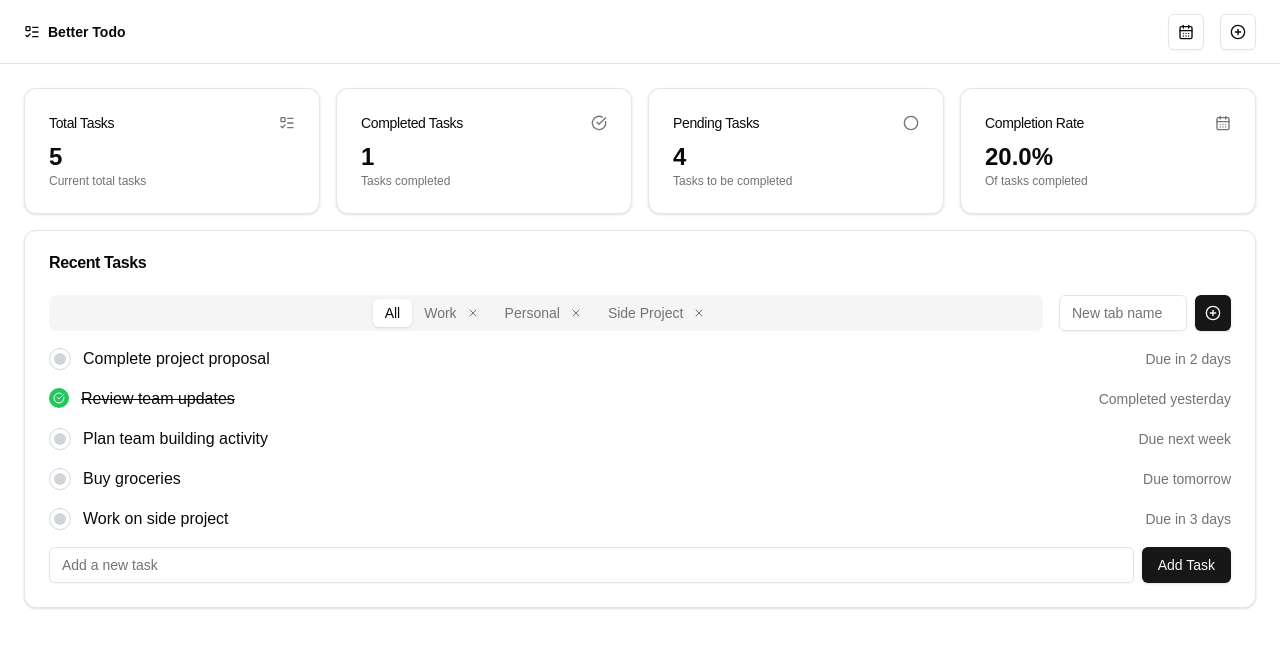
Repository: malikbarbier7/better-todo
Page: /dashboard
The author's editor kept a copy of each file at every save. The page is drawn from the files as they stood at one save, then again after the next save.
The browser window is 1280 px wide. The pictures show the whole page.
The project was rebuilt for these pictures with package versions that can differ from the ones it lists, and the page was loaded fresh each time. The framework's server and built-in components were replaced by stand-ins that run in the browser. Also part of the build but not shown: next.config.js, next.config.mjs.

Above is the page before, as saved 2024-10-04 10:36:12.

### app/dashboard/page.tsx
import { Dashboard } from '@/components/dashboard'

export default function DashboardPage() {
  return <Dashboard />
}

### components/dashboard.tsx
'use client'

import React from 'react'
import { Button } from "@/components/ui/button"
import { Card, CardContent, CardHeader, CardTitle } from "@/components/ui/card"
import { Input } from "@/components/ui/input"
import { Tabs, TabsContent, TabsList, TabsTrigger } from "@/components/ui/tabs"
import { CalendarDays, CheckCircle, Circle, ListTodo, PlusCircle, X } from "lucide-react"

export function Dashboard() {
  const [tabs, setTabs] = React.useState(['All', 'Work', 'Personal', 'Side Project'])
  const [activeTab, setActiveTab] = React.useState('All')
  const [newTabName, setNewTabName] = React.useState('')
  const [newTaskName, setNewTaskName] = React.useState('')
  const [tasks, setTasks] = React.useState({
    'All': [
      { id: 1, name: 'Complete project proposal', status: 'pending', category: 'Work', dueDate: 'Due in 2 days' },
      { id: 2, name: 'Review team updates', status: 'completed', category: 'Work', dueDate: 'Completed yesterday' },
      { id: 3, name: 'Plan team building activity', status: 'pending', category: 'Work', dueDate: 'Due next week' },
      { id: 4, name: 'Buy groceries', status: 'pending', category: 'Personal', dueDate: 'Due tomorrow' },
      { id: 5, name: 'Work on side project', status: 'pending', category: 'Side Project', dueDate: 'Due in 3 days' },
    ],
    'Work': [
      { id: 1, name: 'Complete project proposal', status: 'pending', category: 'Work', dueDate: 'Due in 2 days' },
      { id: 2, name: 'Review team updates', status: 'completed', category: 'Work', dueDate: 'Completed yesterday' },
      { id: 3, name: 'Plan team building activity', status: 'pending', category: 'Work', dueDate: 'Due next week' },
    ],
    'Personal': [
      { id: 4, name: 'Buy groceries', status: 'pending', category: 'Personal', dueDate: 'Due tomorrow' },
    ],
    'Side Project': [
      { id: 5, name: 'Work on side project', status: 'pending', category: 'Side Project', dueDate: 'Due in 3 days' },
    ],
  })

  const handleAddTab = () => {
    if (newTabName && !tabs.includes(newTabName)) {
      setTabs([...tabs, newTabName])
      setTasks({ ...tasks, [newTabName]: [] })
      setActiveTab(newTabName)
      setNewTabName('')
    }
  }

  const handleRemoveTab = (tab: string) => {
    if (tab !== 'All') {
      const newTabs = tabs.filter(t => t !== tab)
      const { [tab]: removedTasks, ...restTasks } = tasks
      setTabs(newTabs)
      setTasks(restTasks)
      setActiveTab('All')
    }
  }

  const handleAddTask = (e: React.FormEvent) => {
    e.preventDefault()
    if (newTaskName) {
      const newTask = {
        id: Date.now(),
        name: newTaskName,
        status: 'pending',
        category: activeTab === 'All' ? 'Uncategorized' : activeTab,
        dueDate: 'Not set'
      }
      setTasks(prevTasks => ({
        ...prevTasks,
        [activeTab]: [...prevTasks[activeTab], newTask],
        'All': [...prevTasks['All'], newTask]
      }))
      setNewTaskName('')
    }
  }

  const handleTaskStatusChange = (taskId: string, newStatus: 'completed' | 'pending') => {
    setTasks(prevTasks => {
      const updatedTasks = { ...prevTasks };
      for (const category in updatedTasks) {
        updatedTasks[category] = updatedTasks[category].map(task =>
          task.id.toString() === taskId ? { ...task, status: newStatus } : task
        );
      }
      return updatedTasks;
    });
  };

  // Calculer le nombre total de tâches
  const totalTasks = tasks['All'].length;

  // Calculer le nombre de tâches complétées
  const completedTasks = tasks['All'].filter(task => task.status === 'completed').length;

  // Calculer le nombre de tâches en attente
  const pendingTasks = totalTasks - completedTasks;

  // Calculer le taux de complétion
  const completionRate = totalTasks > 0 ? ((completedTasks / totalTasks) * 100).toFixed(1) : '0.0';

  return (
    <div className="flex flex-col min-h-screen">
      <header className="flex items-center h-16 px-4 border-b shrink-0 md:px-6">
        <nav className="flex-1">
          <ul className="flex items-center gap-4 text-sm font-medium">
            <li className="flex items-center gap-2">
              <ListTodo className="w-4 h-4" />
              <span className="font-bold">Better Todo</span>
            </li>
          </ul>
        </nav>
        <div className="flex items-center gap-4 md:gap-2 lg:gap-4">
          <Button variant="outline" size="icon">
            <CalendarDays className="w-4 h-4" />
            <span className="sr-only">View calendar</span>
          </Button>
          <Button variant="outline" size="icon">
            <PlusCircle className="w-4 h-4" />
            <span className="sr-only">Create new task</span>
          </Button>
        </div>
      </header>
      <main className="flex-1 overflow-auto p-4 md:p-6">
        <div className="grid gap-4 md:grid-cols-2 lg:grid-cols-4">
          <Card>
            <CardHeader className="flex flex-row items-center justify-between pb-2 space-y-0">
              <CardTitle className="text-sm font-medium">Total Tasks</CardTitle>
              <ListTodo className="w-4 h-4 text-muted-foreground" />
            </CardHeader>
            <CardContent>
              <div className="text-2xl font-bold">{totalTasks}</div>
              <p className="text-xs text-muted-foreground">Current total tasks</p>
            </CardContent>
          </Card>
          <Card>
            <CardHeader className="flex flex-row items-center justify-between pb-2 space-y-0">
              <CardTitle className="text-sm font-medium">Completed Tasks</CardTitle>
              <CheckCircle className="w-4 h-4 text-muted-foreground" />
            </CardHeader>
            <CardContent>
              <div className="text-2xl font-bold">{completedTasks}</div>
              <p className="text-xs text-muted-foreground">Tasks completed</p>
            </CardContent>
          </Card>
          <Card>
            <CardHeader className="flex flex-row items-center justify-between pb-2 space-y-0">
              <CardTitle className="text-sm font-medium">Pending Tasks</CardTitle>
              <Circle className="w-4 h-4 text-muted-foreground" />
            </CardHeader>
            <CardContent>
              <div className="text-2xl font-bold">{pendingTasks}</div>
              <p className="text-xs text-muted-foreground">Tasks to be completed</p>
            </CardContent>
          </Card>
          <Card>
            <CardHeader className="flex flex-row items-center justify-between pb-2 space-y-0">
              <CardTitle className="text-sm font-medium">Completion Rate</CardTitle>
              <CalendarDays className="w-4 h-4 text-muted-foreground" />
            </CardHeader>
            <CardContent>
              <div className="text-2xl font-bold">{completionRate}%</div>
              <p className="text-xs text-muted-foreground">Of tasks completed</p>
            </CardContent>
          </Card>
        </div>
        <Card className="mt-4">
          <CardHeader>
            <CardTitle>Recent Tasks</CardTitle>
          </CardHeader>
          <CardContent>
            <Tabs value={activeTab} onValueChange={setActiveTab} className="w-full">
              <div className="flex items-center space-x-4 mb-4">
                <TabsList className="flex-grow">
                  {tabs.map((tab) => (
                    <TabsTrigger key={tab} value={tab} className="flex items-center">
                      {tab}
                      {tab !== 'All' && (
                        <Button
                          variant="ghost"
                          size="icon"
                          className="ml-2 h-4 w-4"
                          onClick={(e) => {
                            e.stopPropagation()
                            handleRemoveTab(tab)
                          }}
                        >
                          <X className="h-3 w-3" />
                        </Button>
                      )}
                    </TabsTrigger>
                  ))}
                </TabsList>
                <div className="flex items-center space-x-2">
                  <Input
                    placeholder="New tab name"
                    value={newTabName}
                    onChange={(e) => setNewTabName(e.target.value)}
                    className="w-32"
                  />
                  <Button onClick={handleAddTab} size="icon">
                    <PlusCircle className="h-4 w-4" />
                  </Button>
                </div>
              </div>
              {tabs.map((tab) => (
                <TabsContent key={tab} value={tab}>
                  <div className="space-y-4">
                    {tasks[tab]?.map((task) => (
                      <div key={task.id} className="flex items-center">
                        <div className="relative">
                          {task.status === 'completed' ? (
                            <button
                              className="p-1 bg-green-500 text-white rounded-full"
                              onClick={() => handleTaskStatusChange(task.id.toString(), 'pending')}
                            >
                              <CheckCircle className="w-3 h-3" />
                            </button>
                          ) : (
                            <button
                              className="p-1 border border-gray-300 rounded-full flex items-center justify-center"
                              onClick={() => handleTaskStatusChange(task.id.toString(), 'completed')}
                            >
                              <div className="w-3 h-3 bg-gray-300 rounded-full"></div>
                            </button>
                          )}
                        </div>
                        <span className={`ml-3 flex-1 ${task.status === 'completed' ? 'line-through' : ''}`}>{task.name}</span>
                        <span className="text-sm text-muted-foreground">{task.dueDate}</span>
                      </div>
                    ))}
                  </div>
                  <form onSubmit={handleAddTask} className="mt-4 flex items-center space-x-2">
                    <Input
                      placeholder="Add a new task"
                      value={newTaskName}
                      onChange={(e) => setNewTaskName(e.target.value)}
                      className="flex-grow"
                    />
                    <Button type="submit">Add Task</Button>
                  </form>
                </TabsContent>
              ))}
            </Tabs>
          </CardContent>
        </Card>
      </main>
    </div>
  )
}

### components/ui/button.tsx
import * as React from "react"
import { Slot } from "@radix-ui/react-slot"
import { cva, type VariantProps } from "class-variance-authority"

import { cn } from "@/lib/utils"

const buttonVariants = cva(
  "inline-flex items-center justify-center whitespace-nowrap rounded-md text-sm font-medium transition-colors focus-visible:outline-none focus-visible:ring-1 focus-visible:ring-ring disabled:pointer-events-none disabled:opacity-50",
  {
    variants: {
      variant: {
        default:
          "bg-primary text-primary-foreground shadow hover:bg-primary/90",
        destructive:
          "bg-destructive text-destructive-foreground shadow-sm hover:bg-destructive/90",
        outline:
          "border border-input bg-background shadow-sm hover:bg-accent hover:text-accent-foreground",
        secondary:
          "bg-secondary text-secondary-foreground shadow-sm hover:bg-secondary/80",
        ghost: "hover:bg-accent hover:text-accent-foreground",
        link: "text-primary underline-offset-4 hover:underline",
      },
      size: {
        default: "h-9 px-4 py-2",
        sm: "h-8 rounded-md px-3 text-xs",
        lg: "h-10 rounded-md px-8",
        icon: "h-9 w-9",
      },
    },
    defaultVariants: {
      variant: "default",
      size: "default",
    },
  }
)

export interface ButtonProps
  extends React.ButtonHTMLAttributes<HTMLButtonElement>,
    VariantProps<typeof buttonVariants> {
  asChild?: boolean
}

const Button = React.forwardRef<HTMLButtonElement, ButtonProps>(
  ({ className, variant, size, asChild = false, ...props }, ref) => {
    const Comp = asChild ? Slot : "button"
    return (
      <Comp
        className={cn(buttonVariants({ variant, size, className }))}
        ref={ref}
        {...props}
      />
    )
  }
)
Button.displayName = "Button"

export { Button, buttonVariants }

### components/ui/card.tsx
import * as React from "react"

import { cn } from "@/lib/utils"

const Card = React.forwardRef<
  HTMLDivElement,
  React.HTMLAttributes<HTMLDivElement>
>(({ className, ...props }, ref) => (
  <div
    ref={ref}
    className={cn(
      "rounded-xl border bg-card text-card-foreground shadow",
      className
    )}
    {...props}
  />
))
Card.displayName = "Card"

const CardHeader = React.forwardRef<
  HTMLDivElement,
  React.HTMLAttributes<HTMLDivElement>
>(({ className, ...props }, ref) => (
  <div
    ref={ref}
    className={cn("flex flex-col space-y-1.5 p-6", className)}
    {...props}
  />
))
CardHeader.displayName = "CardHeader"

const CardTitle = React.forwardRef<
  HTMLParagraphElement,
  React.HTMLAttributes<HTMLHeadingElement>
>(({ className, ...props }, ref) => (
  <h3
    ref={ref}
    className={cn("font-semibold leading-none tracking-tight", className)}
    {...props}
  />
))
CardTitle.displayName = "CardTitle"

const CardDescription = React.forwardRef<
  HTMLParagraphElement,
  React.HTMLAttributes<HTMLParagraphElement>
>(({ className, ...props }, ref) => (
  <p
    ref={ref}
    className={cn("text-sm text-muted-foreground", className)}
    {...props}
  />
))
CardDescription.displayName = "CardDescription"

const CardContent = React.forwardRef<
  HTMLDivElement,
  React.HTMLAttributes<HTMLDivElement>
>(({ className, ...props }, ref) => (
  <div ref={ref} className={cn("p-6 pt-0", className)} {...props} />
))
CardContent.displayName = "CardContent"

const CardFooter = React.forwardRef<
  HTMLDivElement,
  React.HTMLAttributes<HTMLDivElement>
>(({ className, ...props }, ref) => (
  <div
    ref={ref}
    className={cn("flex items-center p-6 pt-0", className)}
    {...props}
  />
))
CardFooter.displayName = "CardFooter"

export { Card, CardHeader, CardFooter, CardTitle, CardDescription, CardContent }

### components/ui/input.tsx
import * as React from "react"

import { cn } from "@/lib/utils"

export interface InputProps
  extends React.InputHTMLAttributes<HTMLInputElement> {}

const Input = React.forwardRef<HTMLInputElement, InputProps>(
  ({ className, type, ...props }, ref) => {
    return (
      <input
        type={type}
        className={cn(
          "flex h-9 w-full rounded-md border border-input bg-transparent px-3 py-1 text-sm shadow-sm transition-colors file:border-0 file:bg-transparent file:text-sm file:font-medium file:text-foreground placeholder:text-muted-foreground focus-visible:outline-none focus-visible:ring-1 focus-visible:ring-ring disabled:cursor-not-allowed disabled:opacity-50",
          className
        )}
        ref={ref}
        {...props}
      />
    )
  }
)
Input.displayName = "Input"

export { Input }

### components/ui/tabs.tsx
"use client"

import * as React from "react"
import * as TabsPrimitive from "@radix-ui/react-tabs"

import { cn } from "@/lib/utils"

const Tabs = TabsPrimitive.Root

const TabsList = React.forwardRef<
  React.ElementRef<typeof TabsPrimitive.List>,
  React.ComponentPropsWithoutRef<typeof TabsPrimitive.List>
>(({ className, ...props }, ref) => (
  <TabsPrimitive.List
    ref={ref}
    className={cn(
      "inline-flex h-9 items-center justify-center rounded-lg bg-muted p-1 text-muted-foreground",
      className
    )}
    {...props}
  />
))
TabsList.displayName = TabsPrimitive.List.displayName

const TabsTrigger = React.forwardRef<
  React.ElementRef<typeof TabsPrimitive.Trigger>,
  React.ComponentPropsWithoutRef<typeof TabsPrimitive.Trigger>
>(({ className, ...props }, ref) => (
  <TabsPrimitive.Trigger
    ref={ref}
    className={cn(
      "inline-flex items-center justify-center whitespace-nowrap rounded-md px-3 py-1 text-sm font-medium ring-offset-background transition-all focus-visible:outline-none focus-visible:ring-2 focus-visible:ring-ring focus-visible:ring-offset-2 disabled:pointer-events-none disabled:opacity-50 data-[state=active]:bg-background data-[state=active]:text-foreground data-[state=active]:shadow",
      className
    )}
    {...props}
  />
))
TabsTrigger.displayName = TabsPrimitive.Trigger.displayName

const TabsContent = React.forwardRef<
  React.ElementRef<typeof TabsPrimitive.Content>,
  React.ComponentPropsWithoutRef<typeof TabsPrimitive.Content>
>(({ className, ...props }, ref) => (
  <TabsPrimitive.Content
    ref={ref}
    className={cn(
      "mt-2 ring-offset-background focus-visible:outline-none focus-visible:ring-2 focus-visible:ring-ring focus-visible:ring-offset-2",
      className
    )}
    {...props}
  />
))
TabsContent.displayName = TabsPrimitive.Content.displayName

export { Tabs, TabsList, TabsTrigger, TabsContent }

Loaded but not shown: app/layout.tsx (common file); app/globals.css (common file); lib/utils.ts (common file); tailwind.config.ts (common file)

After the next save:
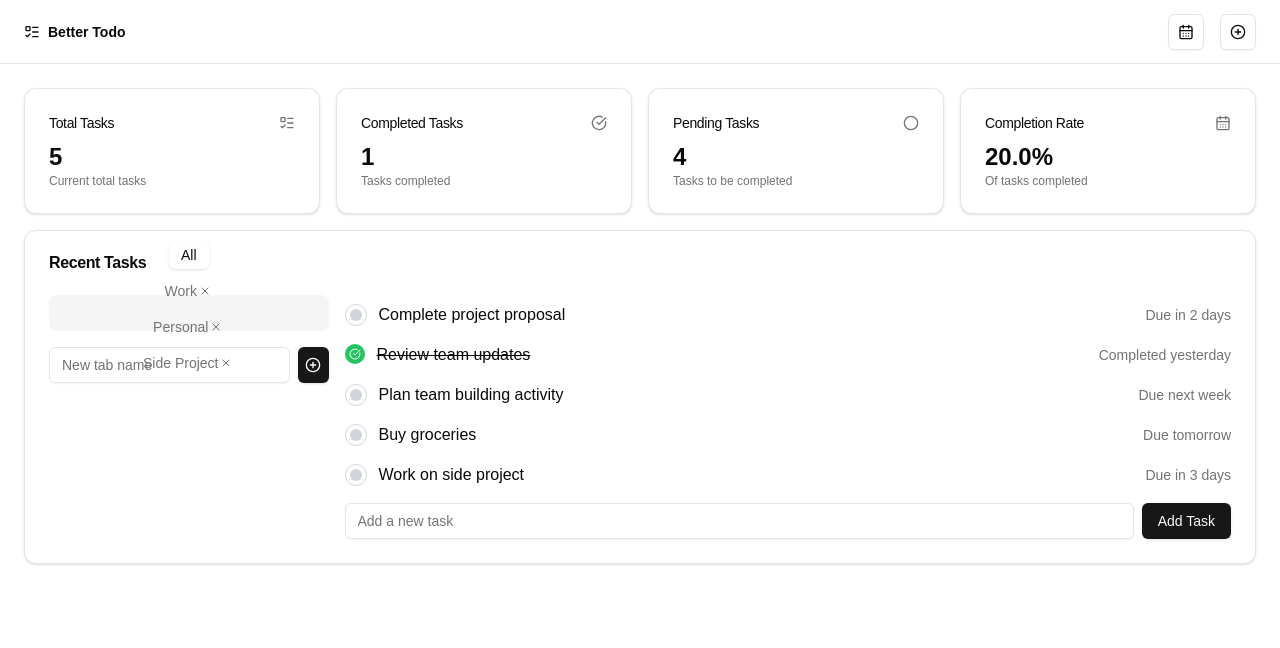
Saved 75 s later.
--- a/components/dashboard.tsx
+++ b/components/dashboard.tsx
@@ -166,77 +166,81 @@ export function Dashboard() {
           </CardHeader>
           <CardContent>
             <Tabs value={activeTab} onValueChange={setActiveTab} className="w-full">
-              <div className="flex items-center space-x-4 mb-4">
-                <TabsList className="flex-grow">
+              <div className="flex flex-col sm:flex-row">
+                <div className="w-full sm:w-1/4 mb-4 sm:mb-0 sm:pr-4">
+                  <TabsList className="flex flex-col w-full">
+                    {tabs.map((tab) => (
+                      <TabsTrigger key={tab} value={tab} className="justify-between mb-2">
+                        {tab}
+                        {tab !== 'All' && (
+                          <Button
+                            variant="ghost"
+                            size="icon"
+                            className="h-4 w-4"
+                            onClick={(e) => {
+                              e.stopPropagation()
+                              handleRemoveTab(tab)
+                            }}
+                          >
+                            <X className="h-3 w-3" />
+                          </Button>
+                        )}
+                      </TabsTrigger>
+                    ))}
+                  </TabsList>
+                  <div className="flex items-center space-x-2 mt-4">
+                    <Input
+                      placeholder="New tab name"
+                      value={newTabName}
+                      onChange={(e) => setNewTabName(e.target.value)}
+                      className="flex-grow"
+                    />
+                    <Button onClick={handleAddTab} size="icon">
+                      <PlusCircle className="h-4 w-4" />
+                    </Button>
+                  </div>
+                </div>
+                <div className="w-full sm:w-3/4">
                   {tabs.map((tab) => (
-                    <TabsTrigger key={tab} value={tab} className="flex items-center">
-                      {tab}
-                      {tab !== 'All' && (
-                        <Button
-                          variant="ghost"
-                          size="icon"
-                          className="ml-2 h-4 w-4"
-                          onClick={(e) => {
-                            e.stopPropagation()
-                            handleRemoveTab(tab)
-                          }}
-                        >
-                          <X className="h-3 w-3" />
-                        </Button>
-                      )}
-                    </TabsTrigger>
+                    <TabsContent key={tab} value={tab}>
+                      <div className="space-y-4">
+                        {tasks[tab]?.map((task) => (
+                          <div key={task.id} className="flex items-center">
+                            <div className="relative">
+                              {task.status === 'completed' ? (
+                                <button
+                                  className="p-1 bg-green-500 text-white rounded-full"
+                                  onClick={() => handleTaskStatusChange(task.id.toString(), 'pending')}
+                                >
+                                  <CheckCircle className="w-3 h-3" />
+                                </button>
+                              ) : (
+                                <button
+                                  className="p-1 border border-gray-300 rounded-full flex items-center justify-center"
+                                  onClick={() => handleTaskStatusChange(task.id.toString(), 'completed')}
+                                >
+                                  <div className="w-3 h-3 bg-gray-300 rounded-full"></div>
+                                </button>
+                              )}
+                            </div>
+                            <span className={`ml-3 flex-1 ${task.status === 'completed' ? 'line-through' : ''}`}>{task.name}</span>
+                            <span className="text-sm text-muted-foreground">{task.dueDate}</span>
+                          </div>
+                        ))}
+                      </div>
+                      <form onSubmit={handleAddTask} className="mt-4 flex items-center space-x-2">
+                        <Input
+                          placeholder="Add a new task"
+                          value={newTaskName}
+                          onChange={(e) => setNewTaskName(e.target.value)}
+                          className="flex-grow"
+                        />
+                        <Button type="submit">Add Task</Button>
+                      </form>
+                    </TabsContent>
                   ))}
-                </TabsList>
-                <div className="flex items-center space-x-2">
-                  <Input
-                    placeholder="New tab name"
-                    value={newTabName}
-                    onChange={(e) => setNewTabName(e.target.value)}
-                    className="w-32"
-                  />
-                  <Button onClick={handleAddTab} size="icon">
-                    <PlusCircle className="h-4 w-4" />
-                  </Button>
                 </div>
               </div>
-              {tabs.map((tab) => (
-                <TabsContent key={tab} value={tab}>
-                  <div className="space-y-4">
-                    {tasks[tab]?.map((task) => (
-                      <div key={task.id} className="flex items-center">
-                        <div className="relative">
-                          {task.status === 'completed' ? (
-                            <button
-                              className="p-1 bg-green-500 text-white rounded-full"
-                              onClick={() => handleTaskStatusChange(task.id.toString(), 'pending')}
-                            >
-                              <CheckCircle className="w-3 h-3" />
-                            </button>
-                          ) : (
-                            <button
-                              className="p-1 border border-gray-300 rounded-full flex items-center justify-center"
-                              onClick={() => handleTaskStatusChange(task.id.toString(), 'completed')}
-                            >
-                              <div className="w-3 h-3 bg-gray-300 rounded-full"></div>
-                            </button>
-                          )}
-                        </div>
-                        <span className={`ml-3 flex-1 ${task.status === 'completed' ? 'line-through' : ''}`}>{task.name}</span>
-                        <span className="text-sm text-muted-foreground">{task.dueDate}</span>
-                      </div>
-                    ))}
-                  </div>
-                  <form onSubmit={handleAddTask} className="mt-4 flex items-center space-x-2">
-                    <Input
-                      placeholder="Add a new task"
-                      value={newTaskName}
-                      onChange={(e) => setNewTaskName(e.target.value)}
-                      className="flex-grow"
-                    />
-                    <Button type="submit">Add Task</Button>
-                  </form>
-                </TabsContent>
-              ))}
             </Tabs>
           </CardContent>
         </Card>
